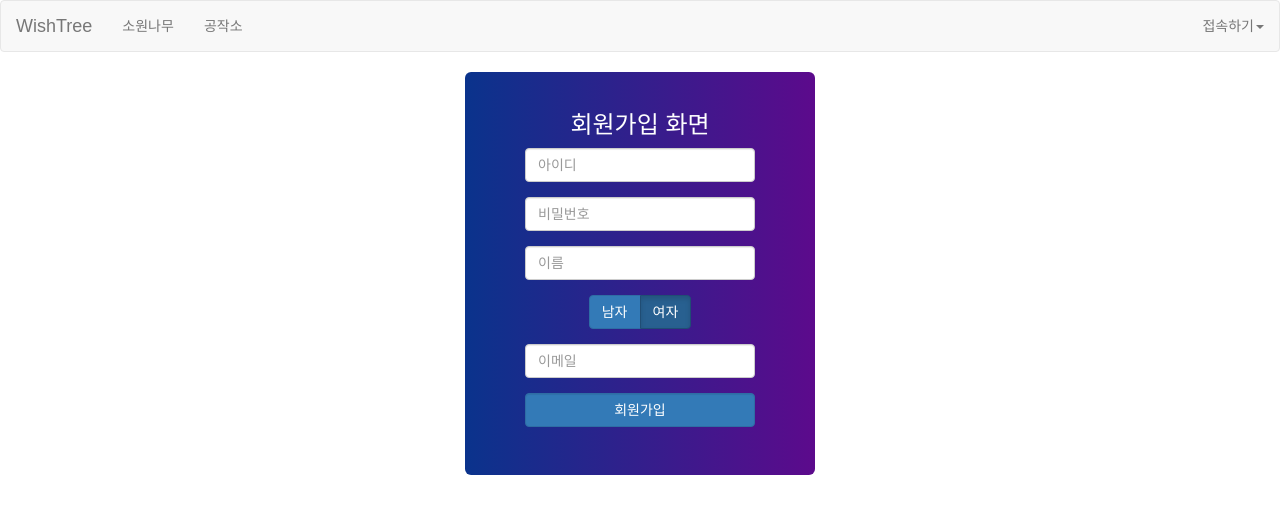
Repository: jongah/WishTree
Page: http://localhost/text/join.jsp
An editor plug-in stored every save of this project. The page is shown before and after the next save, followed by the edit.
The browser window is 1280 px wide. The pictures show the whole page.
Some web fonts or font styles are not loaded; a fallback is used. Some web libraries are served in a nearby version. The page is served by Tomcat 9.

Above is the page before, as saved 2021-05-05 15:01:03.

After the next save:
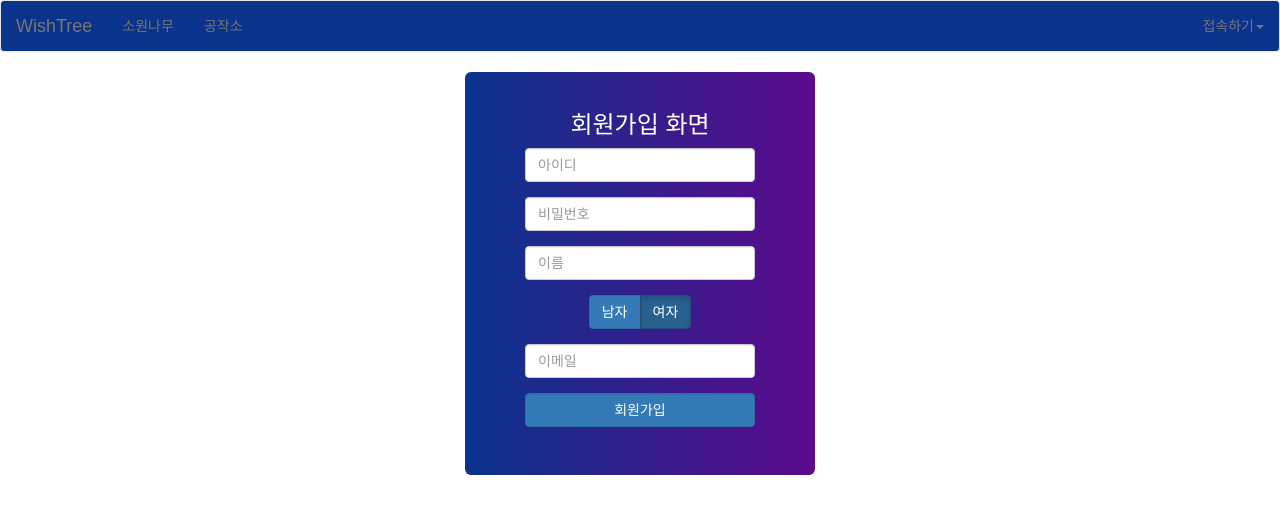
Saved 18 s later.
--- a/text/WebContent/css/custom.css
+++ b/text/WebContent/css/custom.css
@@ -12,5 +12,5 @@ h1{
 	background: linear-gradient(90deg, #0a338c, #5c0a8c);
 }
 .navbar-default{
-	color:#0a338c;
+	background-color:#0a338c;
 }
